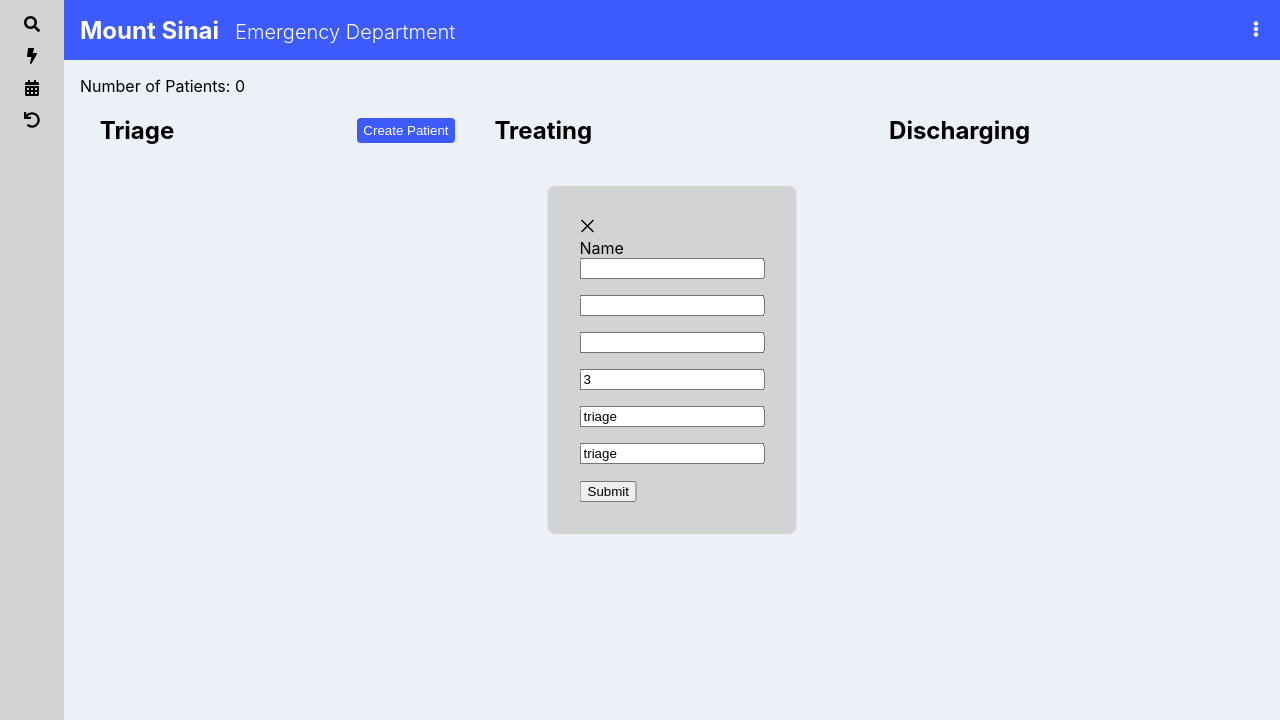
Repository: kosenijr/triage-app
Page: /, after clicking the first element matching `button.App_61351_triage-header-button`
An editor plug-in stored every save of this project. The page is shown before and after the next save, followed by the edit.
The browser window is 1280 px wide. The pictures show the whole page.
The page's requests for data from a server got no answer. The project was rebuilt for these pictures with package versions that can differ from the ones it lists, and the page was loaded fresh each time. No one was signed in, and anything a server would have sent is missing. Also part of the build but not shown: src/styles/PatientCard.module.css, src/components/PatientCard.js.

Above is the page before, as saved 2022-11-16 20:11:59.

After the next save:
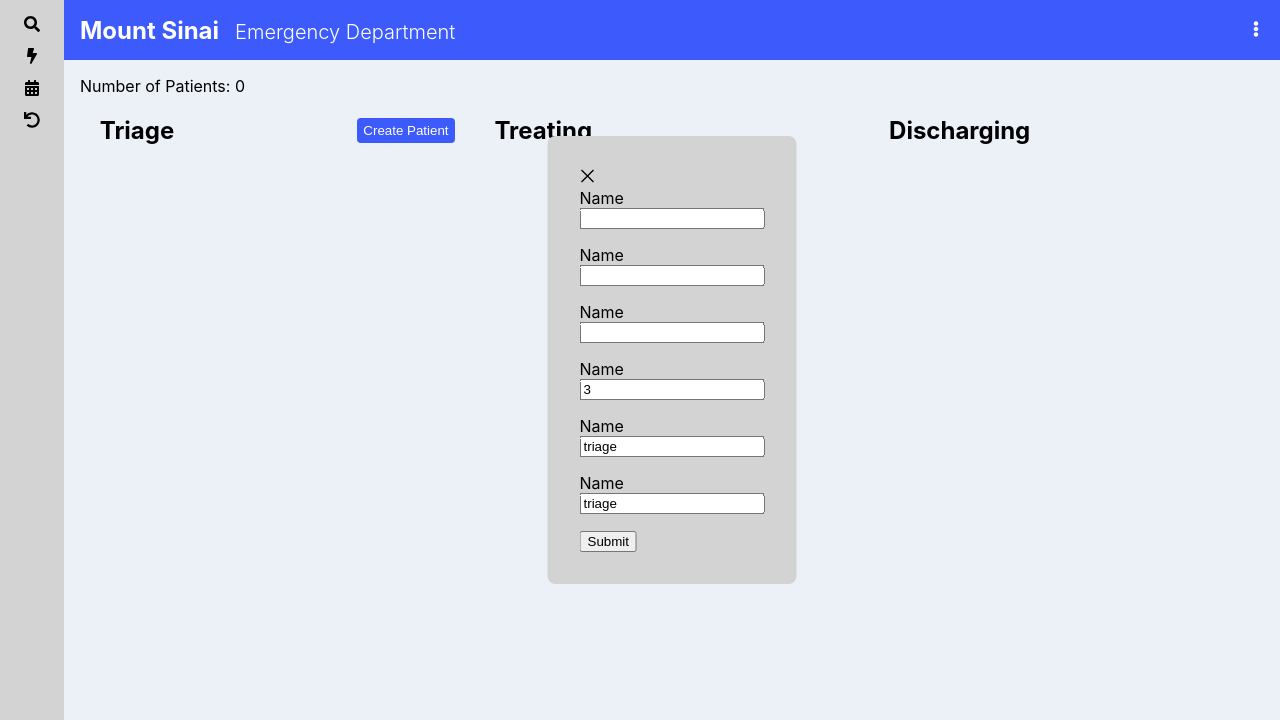
Saved 5 s later.
--- a/src/components/Modal.js
+++ b/src/components/Modal.js
@@ -36,27 +36,27 @@
                 </div>
 
                 <div className="{styles['input-group']">
-                    <label htmlFor="name"></label>
+                    <label htmlFor="name">Name</label>
                     <input type="text" value={dob} onChange={(e) => setDOB(e.target.value)} />
                 </div>
 
                 <div className="{styles['input-group']">
-                    <label htmlFor="name"></label>
+                    <label htmlFor="name">Name</label>
                     <input type="text" value={complaint} onChange={(e) => setComplaint(e.target.value)} />
                 </div>
 
                 <div className="{styles['input-group']">
-                    <label htmlFor="name"></label>
+                    <label htmlFor="name">Name</label>
                     <input type="text" value={priority} onChange={(e) => setPriority(e.target.value)} />
                 </div>
 
                 <div className="{styles['input-group']">
-                    <label htmlFor="name"></label>
+                    <label htmlFor="name">Name</label>
                     <input type="text" value={room} onChange={(e) => setRoom(e.target.value)} />
                 </div>
 
                 <div className="{styles['input-group']">
-                    <label htmlFor="name"></label>
+                    <label htmlFor="name">Name</label>
                     <input type="text" value={stage} onChange={(e) => setStage(e.target.value)} />
                 </div>
 
